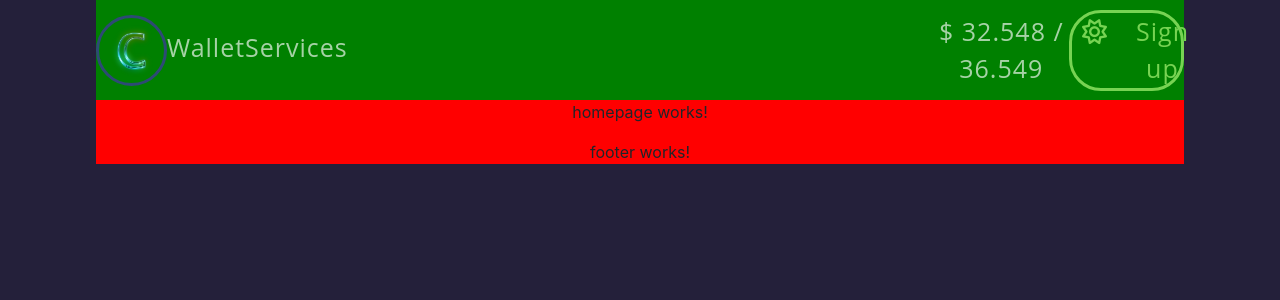
Repository: YuriyBen/Corzbank
Page: / (app in Corzbank.Web/ClientApp/)
An editor plug-in stored every save of this project. The page is shown before and after the next save, followed by the edit.
The browser window is 1280 px wide. The pictures show the whole page.
Some web libraries are served in a nearby version. The project was rebuilt for these pictures with package versions that can differ from the ones it lists, and the page was loaded fresh each time. Also part of the build but not shown: Corzbank.Web/ClientApp/angular.json.

Above is the page before, as saved 2022-05-19 20:12:45.

### Corzbank.Web/ClientApp/src/index.html
<!DOCTYPE html>
<html lang="en">
  <head>
    <meta charset="utf-8" />
    <title>Corzbank.Web</title>
    <base href="/" />

    <meta name="viewport" content="width=device-width, initial-scale=1" />
    <link rel="icon" type="image/x-icon" href="favicon.ico" />

    <script src="https://kit.fontawesome.com/61ebb60581.js" crossorigin="anonymous"></script>
  </head>
  <body>
    <app-root>Loading...</app-root>
  </body>
</html>

### Corzbank.Web/ClientApp/src/styles.css
/* You can add global styles to this file, and also import other style files */

/* Provide sufficient contrast against white background */
a {
  color: #0366d6;
}

code {
  color: #e01a76;
}

.btn-primary {
  color: #fff;
  background-color: #1b6ec2;
  border-color: #1861ac;
}
body{
  display: block;
  text-align: -webkit-center;
  background-color: #24203A;
}
.main{
  background-color: red;
  padding: 0;
  width: 85%;
}

### Corzbank.Web/ClientApp/src/app/app.module.ts
import { BrowserModule } from '@angular/platform-browser';
import { NgModule } from '@angular/core';
import { FormsModule } from '@angular/forms';
import { HttpClientModule, HTTP_INTERCEPTORS } from '@angular/common/http';
import { RouterModule } from '@angular/router';

import { AppComponent } from './app.component';
import { HomepageComponent } from './homepage/homepage.component';
import { HeaderComponent } from './header/header.component';
import { FooterComponent } from './footer/footer.component';

@NgModule({
  declarations: [
    AppComponent,
    HomepageComponent,
    HeaderComponent,
    FooterComponent
  ],
  imports: [
    BrowserModule.withServerTransition({ appId: 'ng-cli-universal' }),
    HttpClientModule,
    FormsModule,
    RouterModule.forRoot([
      { path: '', component: HomepageComponent, pathMatch: 'full' },
    ])
  ],
  providers: [],
  bootstrap: [AppComponent]
})
export class AppModule { }

### Corzbank.Web/ClientApp/src/app/app.component.html
<body>
  <div class="main">
    <app-header></app-header>
    <router-outlet></router-outlet>
    <div class="container">
    </div>
    <app-footer></app-footer>
  </div>
</body>

### Corzbank.Web/ClientApp/src/app/homepage/homepage.component.html
<p>homepage works!</p>

### Corzbank.Web/ClientApp/src/app/header/header.component.html
<div class="navbar">
    <div class="left-block">
        <div class="logo">
            <img src="assets/photos/logo.png" alt="logo">
        </div>
        <span>Wallet</span>
        <span>Services</span>
    </div>
    <div class="right-block">
        <div class="exchange">
            <span>$ 32.548 / 36.549</span>
        </div>
        <div class="account">
            <i class="far fa-sun"></i>
            <p>Sign up</p>
        </div>
    </div>
</div>

### Corzbank.Web/ClientApp/src/app/header/header.component.scss
*{
    padding: 0;
    margin: 0;
    box-sizing: 0;
}
.navbar{
    background-color: green;
    height: 100px;
    display: flex;
    justify-content: space-between;
    align-items: center;
    font-family: "Open Sans", sans-serif;
    font-size: 25px;
    letter-spacing: 1px;
}
.left-block , .right-block{
    display: flex;
    justify-content: space-between;
    width: 23%;
    align-items: baseline;
}
.navbar span{
    color: white;
    opacity: 65%;
}
.left-block .logo{
    background: transparent;
    border-radius: 50px;
    border: 3px solid #2D4A74;
}
.left-block img{
    width: 65px;
}
.right-block .account{
    display: -webkit-inline-box;
    width: 160px;
    border-radius: 32px;
    background: transparent;
    border: 3px solid #77D353;
    padding: 0 10px;
    -webkit-box-pack: center;
}
.account p, i{
    color: #77D353;
}
.account .far{
    margin-right: 10px;
}

Loaded but not shown: Corzbank.Web/ClientApp/src/main.ts (common file); Corzbank.Web/ClientApp/src/environments/environment.ts (common file); Corzbank.Web/ClientApp/src/app/app.component.ts (common file); Corzbank.Web/ClientApp/src/app/homepage/homepage.component.ts (common file); Corzbank.Web/ClientApp/src/app/header/header.component.ts (common file); Corzbank.Web/ClientApp/src/app/footer/footer.component.ts (common file); Corzbank.Web/ClientApp/src/app/footer/footer.component.html (common file); Corzbank.Web/ClientApp/src/app/footer/footer.component.scss (no stored copy; drawn as an empty file); Corzbank.Web/ClientApp/src/app/homepage/homepage.component.scss (no stored copy; drawn as an empty file)

After the next save:
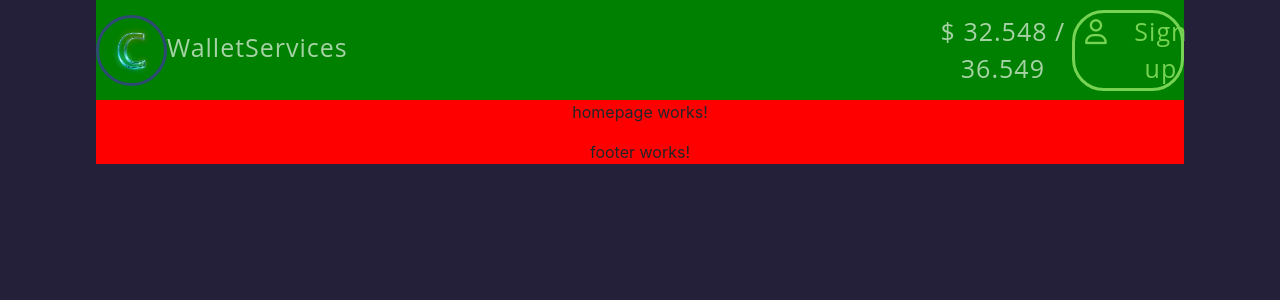
Saved 16 s later.
--- a/Corzbank.Web/ClientApp/src/app/header/header.component.html
+++ b/Corzbank.Web/ClientApp/src/app/header/header.component.html
@@ -11,7 +11,7 @@
             <span>$ 32.548 / 36.549</span>
         </div>
         <div class="account">
-            <i class="far fa-sun"></i>
+            <i class="far fa-user"></i>
             <p>Sign up</p>
         </div>
     </div>
